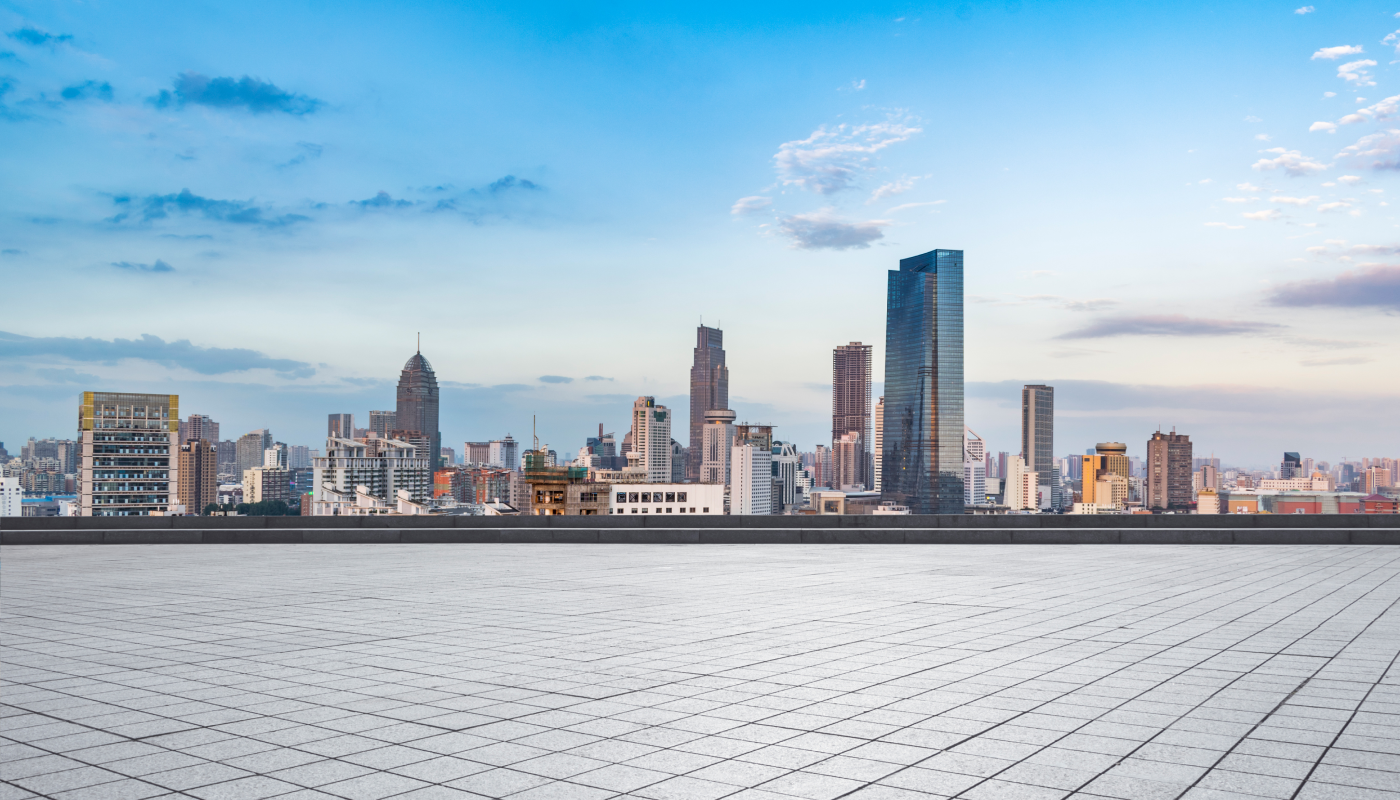
Repository: yosuke257/20231104_watanabe_css
Page: coachtech/html-css/index.html
An editor plug-in stored every save of this project. The page is shown before and after the next save, followed by the edit.
The browser window is 1280 px wide. The page is 1400 px wide, so the pictures cover 1400 px, including what lies to the right of the window. The pictures show the whole page.

Above is the page before, as saved 2023-10-22 23:49:51.

After the next save:
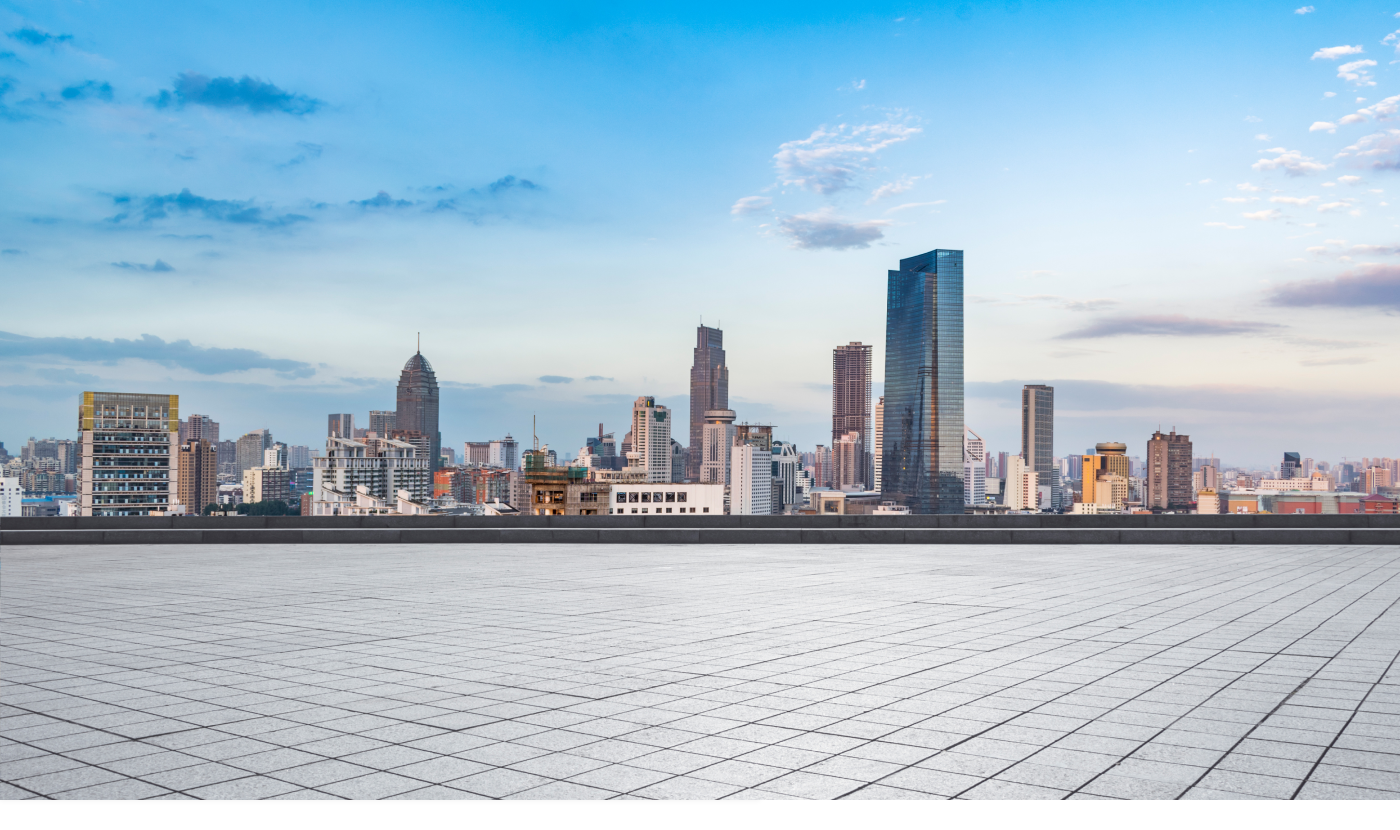
Saved 50 s later.
--- a/coachtech/html-css/index.html
+++ b/coachtech/html-css/index.html
@@ -14,6 +14,10 @@
         <div class="card__img"></div>
         <img src="img/mv.png" alt="">
     </div>
+
+    <div class="card__content">
+        <div></div>
+    </div>
 </body>
 
 </html>
